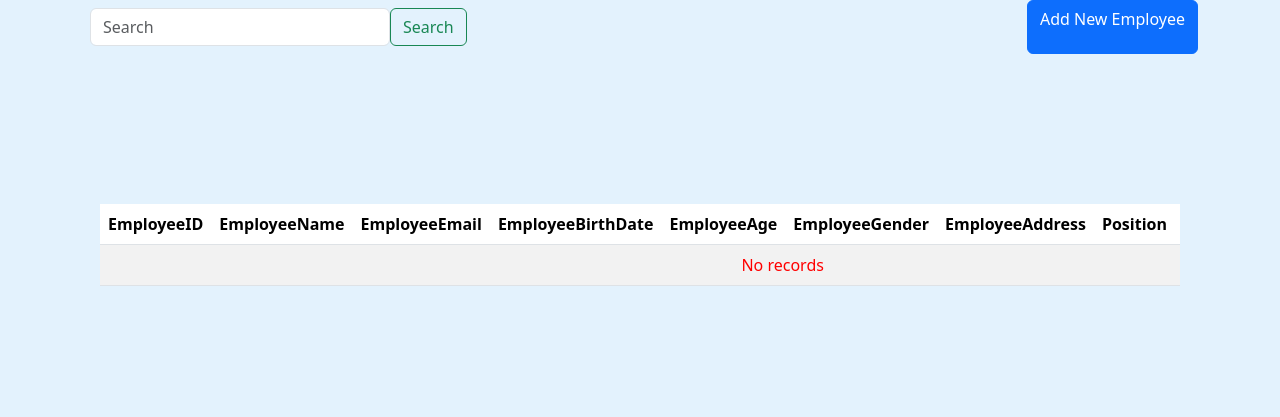
Repository: tranhuuan1703/BaiTapServlet
Page: http://localhost/bai_tap_jsp_servlet/views/Home.jsp
The author's editor kept a copy of each file at every save. The page is drawn from the files as they stood at one save, then again after the next save.
The browser window is 1280 px wide. The pictures show the whole page.
The page is served by Tomcat 9. Other server files are loaded and not shown. The template is opened directly, without the code that normally fills it, so the values that code supplies are empty.

Above is the page before, as saved 2024-08-14 06:10:15.

### bai_tap_jsp_servlet/bai_tap_jsp_servlet/src/main/webapp/views/Home.jsp
 <%@ page language="java" contentType="text/html; charset=UTF-8"
	pageEncoding="UTF-8"%>
<%@ taglib prefix="c" uri="http://java.sun.com/jsp/jstl/core"%>
<%@ taglib prefix="fn" uri = "http://java.sun.com/jsp/jstl/functions"%>
<%@ taglib uri="http://java.sun.com/jsp/jstl/fmt" prefix="fmt"%>
<!DOCTYPE html>
<html>
<head>
<meta charset="UTF-8">
<title>Insert title here</title>
<link href="https://cdn.jsdelivr.net/npm/bootstrap@5.3.3/dist/css/bootstrap.min.css"
		rel="stylesheet"
		integrity="sha384-QWTKZyjpPEjISv5WaRU9OFeRpok6YctnYmDr5pNlyT2bRjXh0JMhjY6hW+ALEwIH"
		crossorigin="anonymous">
<script src="https://cdn.jsdelivr.net/npm/bootstrap@5.3.3/dist/js/bootstrap.bundle.min.js"
		integrity="sha384-YvpcrYf0tY3lHB60NNkmXc5s9fDVZLESaAA55NDzOxhy9GkcIdslK1eN7N6jIeHz"
		crossorigin="anonymous"></script>
<script src="https://ajax.googleapis.com/ajax/libs/jquery/1.12.0/jquery.min.js"></script>
<link href="<c:url value="/css/base.css"/>" rel="stylesheet"
	type="text/css" />
</head>



<body style="background-color: #e3f2fd;">





   <!------------------------------------- Hien thi table ---------------------------------------------------->

   <!-- cũ -->
   <div class="container d-flex">
      <div class="p-2 flex-grow-1">
         <form action="home" class="d-flex" role="search">
            <input class="form-control" style="width:300px;" type="search" placeholder="Search" aria-label="Search" name="search" value="${search}">
            <button class="btn btn-outline-success" type="submit">Search</button>
         </form>
      </div>
      <div class="d-flex justify-content-end">

         <a class="btn btn-primary" href="employee" role="button">Add New Employee</a>
      </div>
   </div>
   <div  style="margin: 150px 100px 0 100px;" >
   		<div class="table-responsive">
   			<table class="table align-middle table-edge table-hover table-nowrap mb-0 table-striped">
         <thead class="thead-light">
            <tr>
               <th scope="col" class="w-60px">EmployeeID</th>
               <th scope="col">EmployeeName</th>
               <th scope="col">EmployeeEmail</th>
               <th scope="col">EmployeeBirthDate</th>
               <th scope="col">EmployeeAge</th>
               <th scope="col">EmployeeGender</th>
               <th scope="col">EmployeeAddress</th>
               <th scope="col">Position</th>
               <th scope="col">DateOfJoinigTheCompany</th>
               <th scope="col" >Action</th>
            </tr>
         </thead>
         <tbody>
         	<c:if test="${fn:length(employeeList) > 0}">
         		<c:forEach items="${employeeList}" var="o">
		            <tr>
		               <th scope="row"><button  class="employeeId btn btn-link" style="border:none;" onclick="findById('${o.employeeId}')">${o.employeeId}</button></th>
		               <td id="name">${o.employeeName}</td>
		               <td>${o.employeeEmail}</td>
		               <td style="text-align:center;">${o.employeeBirthDate}</td>
		               <td style="text-align:center;">${o.employeeAge}</td>
		               <td>${o.employeeGender}</td>
		               <td>${o.employeeAddress}</td>
		               <td>${o.position.getPosition()}</td>
		               <td style="text-align:center;">${o.dateOfJoiningTheCompany}</td>
		               <td style="text-align:center;">
		               		<div class="d-flex flex-row h-full">

		                  		<a href="EditEmployee?id=${o.employeeId}" style="margin-left:10px,">edit</a>
		                  		<button type="button"  class="btn btn-link" style="margin-top: -8px;" onclick="deleteMessage(`${o.employeeId}`, `${o.employeeName}`)">delete</button>
		               		</div>

		               </td>
		            </tr>
	            </c:forEach>
         	</c:if>
         	<c:if test="${fn:length(employeeList) == 0}">
         		<tr>
		            <td colspan="10" style="text-align: center; color: red;'">No records</td>
		        </tr>
         	</c:if>

         </tbody>
      </table>
   		</div>







    <!------------------------------------- Tao pop-up ---------------------------------------------------->

	<div id="myPopup" class="popup">
	    <div class="popup-content">
	        <span class="close-btn" id="closePopup">&times;</span>


	        <table class="table">
              	<tr>
              		<h3>Employee Information</h3>
              	</tr>
               <tr>
                  <td><label for="nameEmployee" class="form-label">EmployeeName</label></td>
                  <td>
                     <input type="text" class="form-control" id="nameEmployee" aria-describedby="emailHelp" name="nameEmployee" required="required" pattern="[a-zA-Z\s]+" disabled>
                  </td>
               </tr>
               <tr>
                  <td><label for="birthDayEmployee" class="form-label">EmployeeBirthDate</label></td>
                  <td>
                     <input type="date" class="form-control" id="birthDayEmployee" name="birthDayEmployee" required="required" disabled>
                  </td>
               </tr>
               <tr>
                  <td><label for="emailEmployee" class="form-label">Email address</label></td>
                  <td>
                     <input type="email" class="form-control" id="emailEmployee" aria-describedby="emailHelp" name="emailEmployee" required="required" disabled>
                     <div id="emailHelp" class="form-text">We'll never share your email with anyone else.</div>
                  </td>
               </tr>
               <tr>
                  <td><label for="ageEmployee" class="form-label">EmployeeAge</label></td>
                  <td>
                     <input type="number" class="form-control" id="ageEmployee" aria-describedby="emailHelp" value="0" name="ageEmployee" disabled>
                  </td>
               </tr>
               <tr>
                  <td><label for="inlineRadio1" class="form-label">EmployeeGender</label></td>
                  <td>
                     <div class="form-check form-check-inline">
                        <input class="form-check-input" type="radio" name="inlineRadioOptions" id="inlineRadio1" value="male" disabled >
                        <label class="form-check-label" for="inlineRadio1">Male</label>
                     </div>
                     <div class="form-check form-check-inline">
                        <input class="form-check-input" type="radio" name="inlineRadioOptions" id="inlineRadio2" value="female" disabled>
                        <label class="form-check-label" for="inlineRadio2">Female</label>
                     </div>
                     <div class="form-check form-check-inline">
                        <input class="form-check-input" type="radio" name="inlineRadioOptions" id="inlineRadio3" value="orther" disabled>
                        <label class="form-check-label" for="inlineRadio3">Orther</label>
                     </div>
                  </td>
               </tr>
               <tr>
                  <td><label for="addressEmployee" class="form-label">EmployeeAddress</label></td>
                  <td>
                     <textarea  class="form-control" id="addressEmployee" aria-describedby="emailHelp" name="addressEmployee" disabled></textarea>
                  </td>
               </tr>
               <tr>
                  <td><label for="exampleInputEmail1" class="form-label">Position</label></td>
                  <td>
                     <select class="form-control" id="selection" name="position" disabled>
                        <option value="employee">Employee</option>
                        <option value="boss">Boss</option>
                     </select>
                  </td>
               </tr>
               <tr>
                  <td><label for="dateJoiningBirthday" class="form-label">DateOfJoiningTheCompany</label></td>
                  <td>
                     <input type="date" class="form-control" id="dateJoiningCompany" name="dateJoiningBirthday" required="required" max="" disabled>
                  </td>
               </tr>
            </table>
	    </div>
	</div>


   <!-- tao phan trang -->
   <div class="container d-flex">
      <div class="p-2 flex-grow-1">
      	<c:if test="${countEmployee == 0}">
      		<p>Showing 0 - 0 of result 0</p>
      	</c:if>
         <c:if test="${countEmployee >= 1}">
      		<p>Showing 1 - ${fn:length(employeeList)} of result ${countEmployee}</p>
      	</c:if>
      </div>
      <div class="d-flex justify-content-end">
         <nav aria-label="Page navigation example">
            <ul class="pagination">
            	<c:if test="${countEmployee >= 1}">
            		<li class="page-item"><a class="page-link" href="">Previous</a></li>
	               <c:forEach begin="1" end="${countEmployee /10 + 1}" var="i">
		               <li class="page-item"><a class="page-link" href="home?page=${i}&search=${search}">${i}</a></li>

	               </c:forEach>
	               <li class="page-item"><a class="page-link" href="#">Next</a></li>
            	</c:if>

            </ul>
         </nav>
      </div>
   </div>

</body>



<script>



	//Khi nhấn nút "Show Popup"
	function findById(param){
		$.ajax({
			url: "findByIdController",
			type: 'GET',
			contentType: 'application/json',
			data: {
				employyId: param
			},
			success: function(result) {

				result = JSON.parse(result);
				console.log(result);

				document.getElementById("nameEmployee").setAttribute('value', result.employeeName);
				document.getElementById("birthDayEmployee").setAttribute('value', result.employeBirthDay);
				document.getElementById("emailEmployee").setAttribute('value', result.emailEmployee);
				document.getElementById("ageEmployee").setAttribute('value', result.employeeAge);
				document.getElementById("addressEmployee").value = result.employeeAddress;
				document.getElementById("dateJoiningCompany").setAttribute('value', result.employeeDateOfJoiningTheCompany);



				document.getElementById("selection").value = result.position;



				var gender = result.employeeGender;
				var radios = document.getElementsByName("inlineRadioOptions");
				for (let i = 0; i <= radios.length; i++){
					if (radios[i].value == gender){
						radios[i].checked = true;
					}
				}

			},
			error: function() {
				alert("Lỗi không lấy được dữ liệu")
			}
		});
		$("#myPopup").show();

	}






	// Khi nhấn nút đóng
	$('#closePopup').on('click', function() {
	    $('#myPopup').hide(); // Ẩn popup
	});

	// Khi nhấn ra ngoài vùng nội dung của popup
	$(window).on('click', function(event) {
	    if ($(event.target).is('#myPopup')) {
	        $('#myPopup').hide(); // Ẩn popup
	    }
	});

	function deleteMessage(id, name){
		let text = "bạn co muon xoa " + name;
		let message = confirm(text);

		if (message){
			window.location.href = "DeleteEmployee?id=" + id;
		}

	}

	/*function formatDate(dateString) {
        let parts = dateString.split("-");
        return `${parts[1]}-${parts[2]}-${parts[0]}`;
    }*/




	let tdElements = document.querySelectorAll("td");

	tdElements.forEach(function(td){
		const months = ["01","02","03","04","05","06","07","08","09","10","11","12"];

	    if (/^\d{4}-\d{2}-\d{2}$/.test(td.textContent)) {
	            var d = new Date(td.textContent);

	            var date = (Number(d.getDate()) < 10) ? '0'+d.getDate() : d.getDate();
	            let month = months[d.getMonth()];
	            //var month = String(Number(month) + 1;
	            td.textContent = month  + "/" + date + "/" + d.getFullYear();
	        }
	})



</script>
</html>

### bai_tap_jsp_servlet/bai_tap_jsp_servlet/src/main/webapp/css/base.css

	/* styles.css */

/* Phong cách cơ bản của popup */
.popup {
    display: none; /* Ẩn popup mặc định */
    position: fixed;
    z-index: 1;
    left: 0;
    top: 0;
    width: 100%;
    height: 100%;
    overflow: auto;
    background-color: rgba(0, 0, 0, 0.5); /* Màu nền mờ */
}

/* Nội dung của popup */
.popup-content {
    background-color: white;
    margin: 15% auto; /* Căn giữa */
    padding: 20px;
    border: 1px solid #888;
    width: 80%;
    max-width: 700px; /* Giới hạn chiều rộng */
}

/* Nút đóng popup */
.close-btn {
    color: #aaa;
    float: right;
    font-size: 28px;
    font-weight: bold;
}

.close-btn:hover,
.close-btn:focus {
    color: black;
    text-decoration: none;
    cursor: pointer;
}

After the next save:
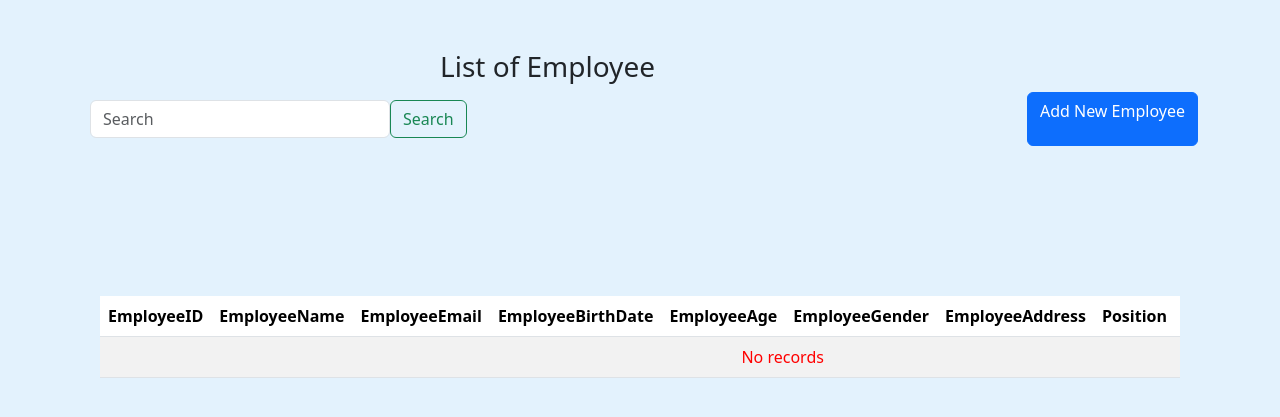
Saved 30 s later.
--- a/bai_tap_jsp_servlet/bai_tap_jsp_servlet/src/main/webapp/views/Home.jsp
+++ b/bai_tap_jsp_servlet/bai_tap_jsp_servlet/src/main/webapp/views/Home.jsp
@@ -26,7 +26,9 @@
 
 
 
-
+	<div class="mx-auto" style="width: 400px; margin-top: 50px;">
+      <h3>List of Employee</h3>
+   </div>
 
    <!------------------------------------- Hien thi table ---------------------------------------------------->
 
